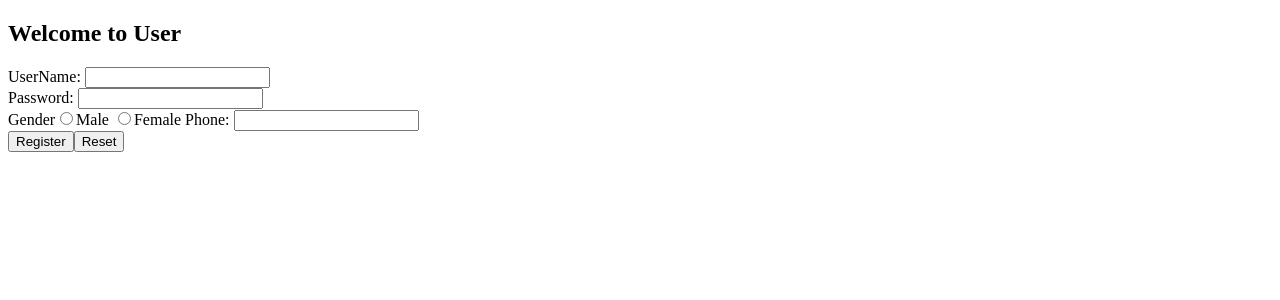
Repository: nikant20/Training
Page: javaee-mvc-orm-demo/WebContent/index.html
These files come from the project's save history. The page is drawn as it stood at one moment and after the next save; the edit follows.
The browser window is 1280 px wide. The pictures show the whole page.

Above is the page before, as saved 2018-09-21 05:48:31.

### javaee-mvc-orm-demo/WebContent/index.html
<!DOCTYPE html>
<html>
<head>
<meta charset="ISO-8859-1">
<title>Insert title here</title>
</head>
<body>

	<form action="StoreServlet" method="post">
	<h2>Welcome to User</h2>
	<label>UserName: </label><input type="text" name="userName"><br>
	<label>Password: </label><input type="password" name="password"><br>
	<label>Gender</label><input type="radio" value="Male" name="gender">Male
	<input type="radio" value="Female" name="gender">Female
	<label>Phone: </label> <input type="text" name="phoneNumber"><br>
	<input type="submit" value="Register"><input type="reset" value="Reset">
	</form>
</body>
</html>

After the next save:
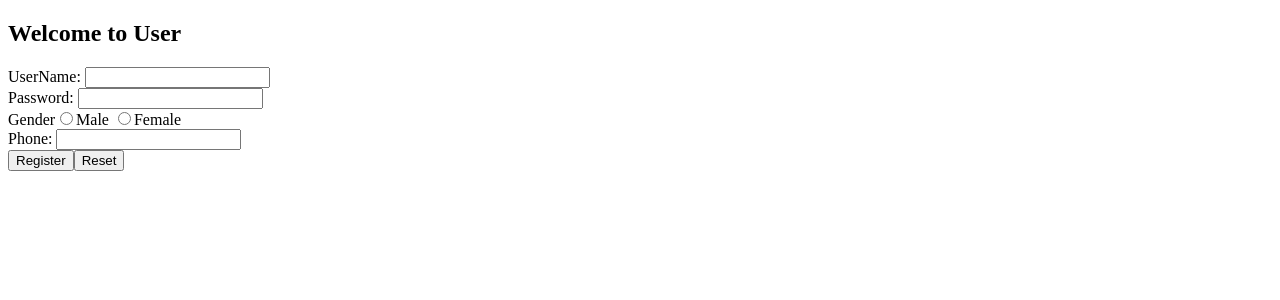
Saved 12 s later.
--- a/javaee-mvc-orm-demo/WebContent/index.html
+++ b/javaee-mvc-orm-demo/WebContent/index.html
@@ -11,7 +11,7 @@
 	<label>UserName: </label><input type="text" name="userName"><br>
 	<label>Password: </label><input type="password" name="password"><br>
 	<label>Gender</label><input type="radio" value="Male" name="gender">Male
-	<input type="radio" value="Female" name="gender">Female
+	<input type="radio" value="Female" name="gender">Female<br>
 	<label>Phone: </label> <input type="text" name="phoneNumber"><br>
 	<input type="submit" value="Register"><input type="reset" value="Reset">
 	</form>
